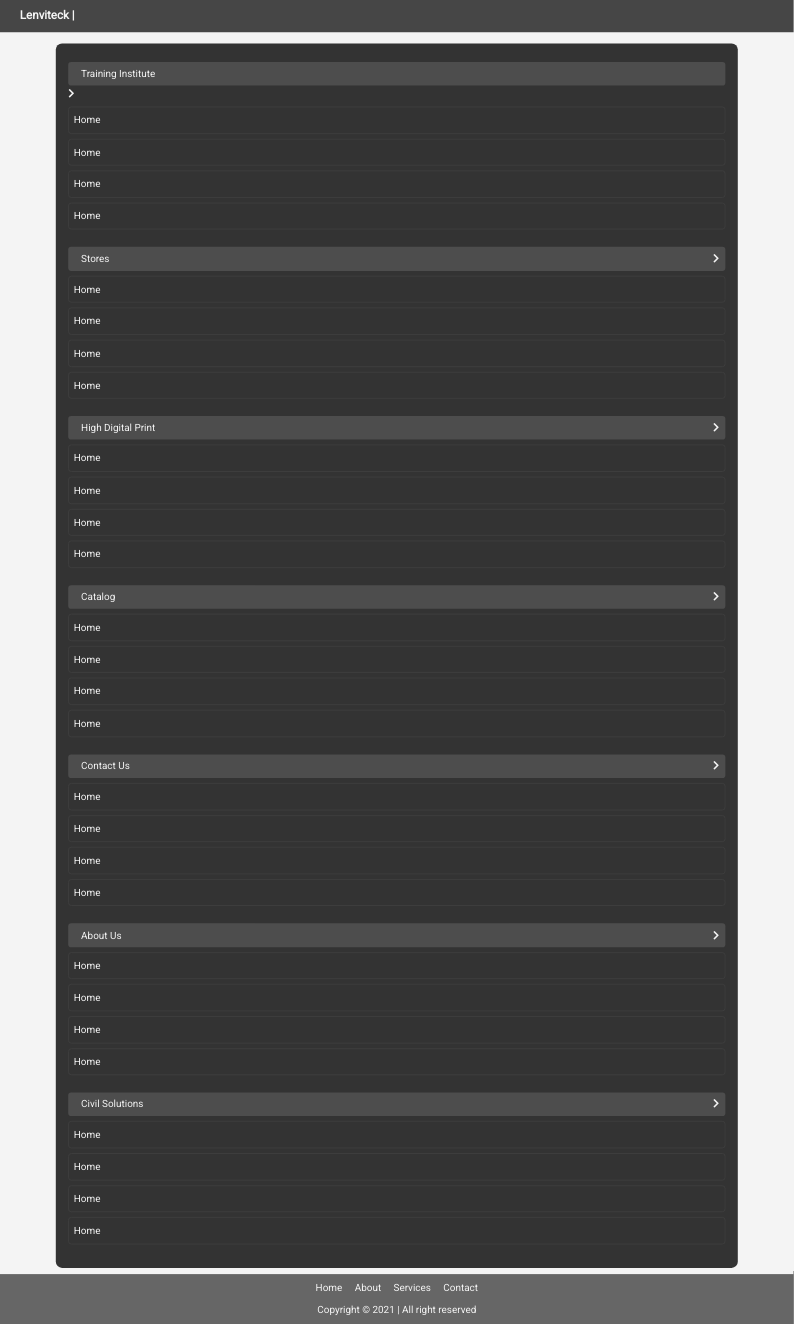
Repository: mxhdiqaim/lenviteck
Page: dist/index.html
An editor plug-in stored every save of this project. The page is shown before and after the next save, followed by the edit.
The browser window is 1280 px wide. The pictures show the whole page, at 62% of full size.
Some web libraries are served in a nearby version. The style sheet was rebuilt from its Sass, Less or Tailwind sources for each picture, by a compiler version that may differ from the author's.

Above is the page before, as saved 2021-04-15 16:36:47.

After the next save:
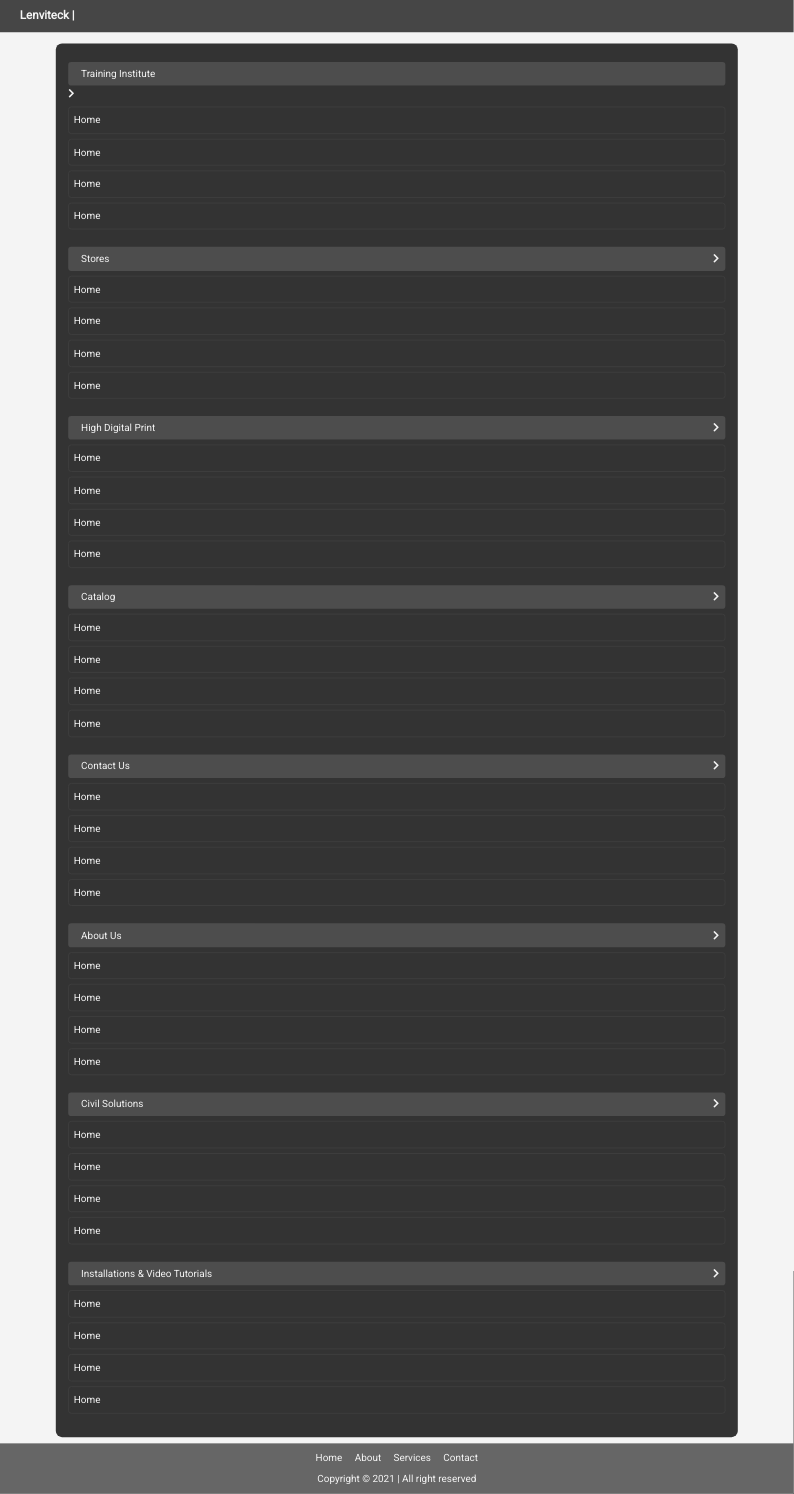
Saved 42 s later.
--- a/dist/index.html
+++ b/dist/index.html
@@ -84,6 +84,15 @@
                 <li class="card"><a href="#">Home</a></li>
             </ul>
         </div>
+        <div class="works-list">
+            <a href="#" class="btn btn-block" >Installations & Video Tutorials<span><i class="fas fa-chevron-right"></i></span> </a>
+            <ul>
+                <li class="card"><a href="#">Home</a></li>
+                <li class="card"><a href="#">Home</a></li>
+                <li class="card"><a href="#">Home</a></li>
+                <li class="card"><a href="#">Home</a></li>
+            </ul>
+        </div>
     </section>
 </section>
     <footer>
